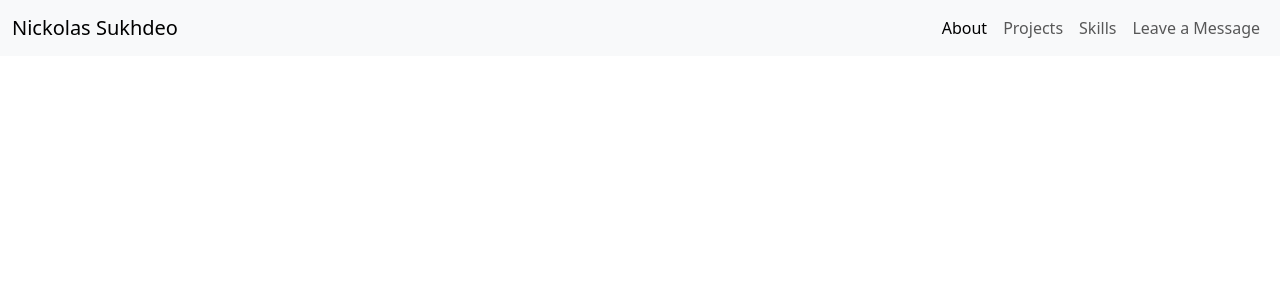
Repository: nlsukhde/porfolio
Page: index.html
The author's editor kept a copy of each file at every save. The page is drawn from the files as they stood at one save, then again after the next save.
The browser window is 1280 px wide. The pictures show the whole page.

Above is the page before, as saved 2025-06-19 17:16:57.

After the next save:
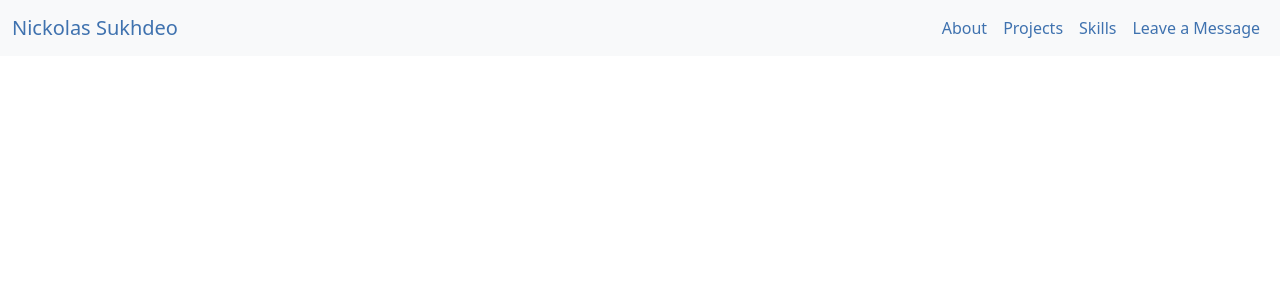
Saved 36 s later.
--- a/app.css
+++ b/app.css
@@ -11,3 +11,11 @@
   color: var(--color-text);
   font-family: "Fira Code", monospace;
 }
+
+.bg-body-tertiary {
+  background-color: var(--color-bg-secondary) !important;
+}
+
+.navbar-brand, .nav-link {
+  color: var(--color-text) !important;
+}

After the 4 saves that followed:
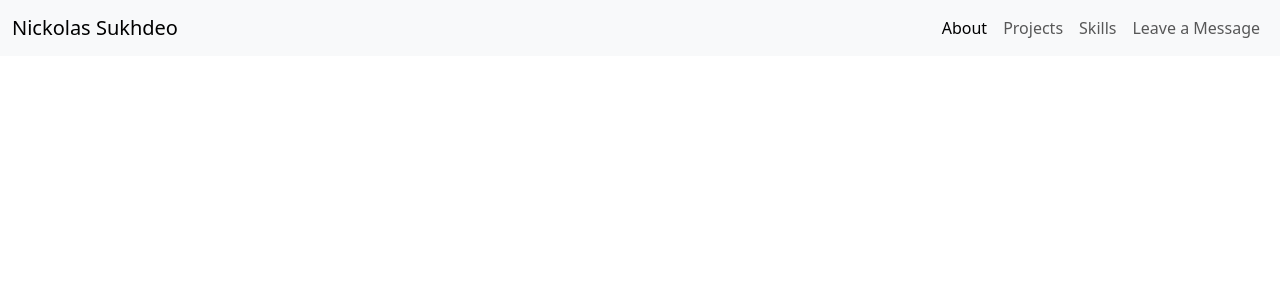
The 4 saves are shown as one change because 2 left the picture as it was and some came seconds apart.
The last was saved 2 min 18 s later.
--- a/app.css
+++ b/app.css
@@ -7,15 +7,7 @@
 
 
 body{
-  background-color: var(--color-bg);
+  background-color: var(--color-bg-secondary);
   color: var(--color-text);
   font-family: "Fira Code", monospace;
 }
-
-.bg-body-tertiary {
-  background-color: var(--color-bg-secondary) !important;
-}
-
-.navbar-brand, .nav-link {
-  color: var(--color-text) !important;
-}
